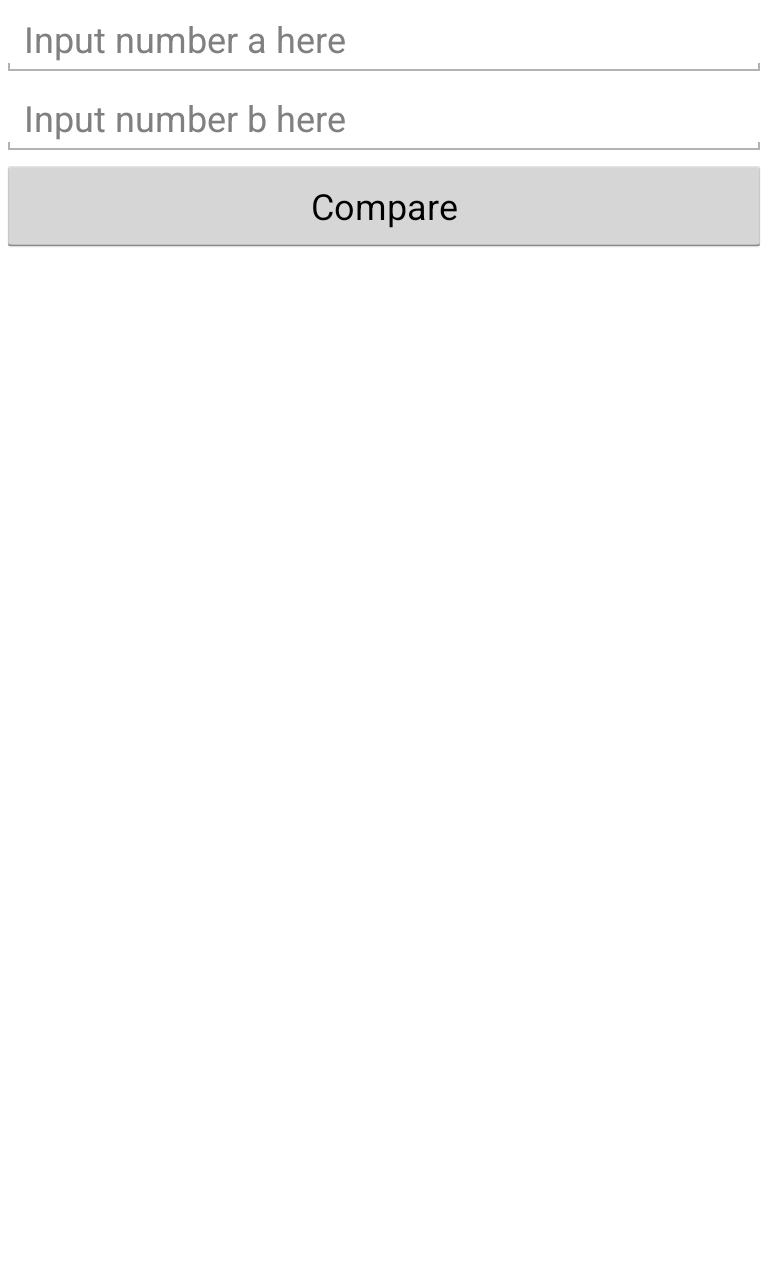
Repository: LightWay152/Lesson2_If_Switch
Layout: Min2Number/res/layout/activity_main.xml
These files come from the project's save history. The layout is drawn as it stood at one moment and after the next save; the edit follows.
It is drawn on a 768 x 1280 px phone screen (xhdpi) without system bars, with theme AppTheme; the app's code is not run.

Above is the layout before, as saved 2017-01-01 13:34:14.

### Min2Number/res/layout/activity_main.xml
<LinearLayout xmlns:android="http://schemas.android.com/apk/res/android"
    xmlns:tools="http://schemas.android.com/tools"
    android:layout_width="match_parent"
    android:layout_height="match_parent"
    android:orientation="vertical"
    tools:context="${relativePackage}.${activityClass}" >

    <EditText
        android:id="@+id/edtNumberA"
        android:layout_width="match_parent"
        android:layout_height="wrap_content"
        android:hint="@string/input_number_a"/>
    <EditText
        android:id="@+id/edtNumberB"
        android:layout_width="match_parent"
        android:layout_height="wrap_content"
        android:hint="@string/input_number_b"/>
    <Button
        android:id="@+id/btnCompare"
        android:layout_width="match_parent"
        android:layout_height="wrap_content"
        android:text="@string/compare"/>
    <TextView
        android:id="@+id/txtResult"
        android:layout_width="match_parent"
        android:layout_height="wrap_content"
        android:text=""/>
</LinearLayout>

### Min2Number/res/values/strings.xml
<?xml version="1.0" encoding="utf-8"?>
<resources>

    <string name="app_name">Min 2 Number</string>
    <string name="hello_world">Hello world!</string>
    <string name="input_number_a">Input number a here</string>
    <string name="input_number_b">Input number b here</string>
    <string name="compare">Compare</string>

</resources>

Loaded but not shown: Min2Number/res/values/styles.xml (common file); Min2Number/res/values-v11/styles.xml (common file); Min2Number/res/values-v14/styles.xml (common file)

After the next save:
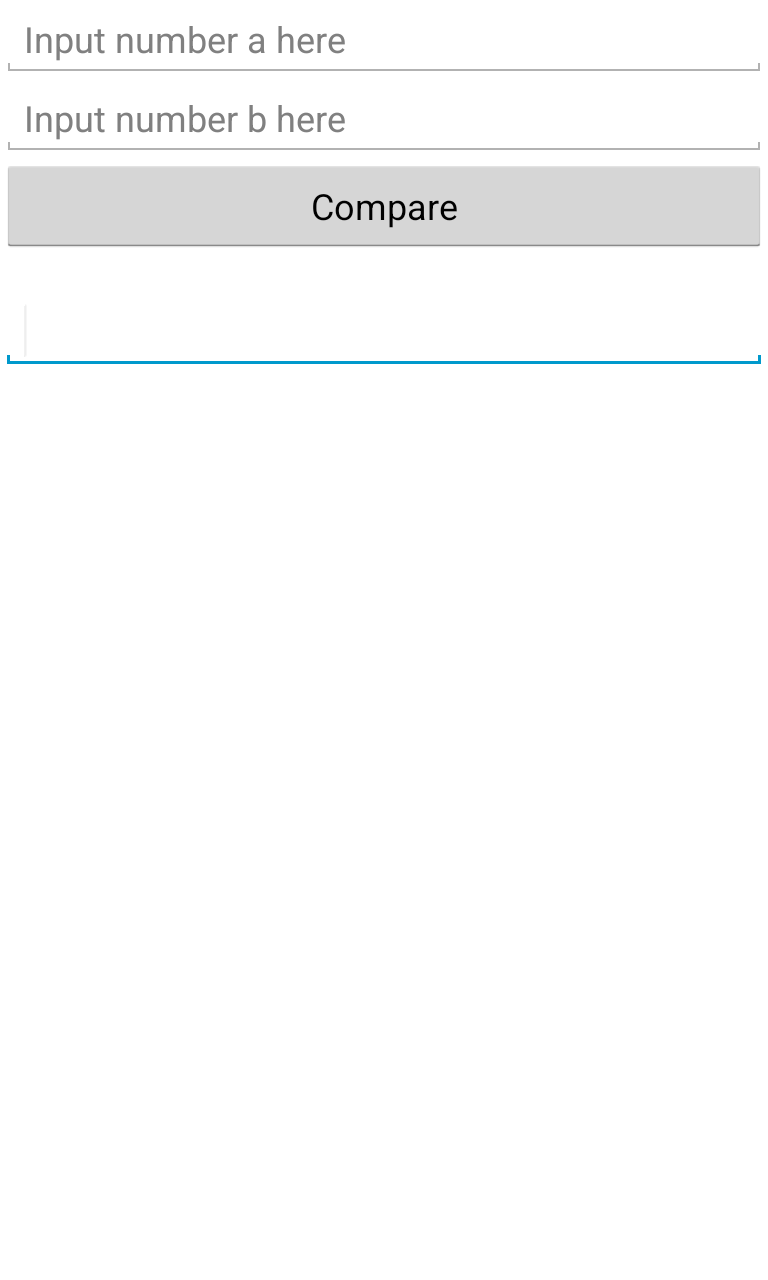
Saved 2 min 47 s later.
--- a/Min2Number/res/layout/activity_main.xml
+++ b/Min2Number/res/layout/activity_main.xml
@@ -9,12 +9,18 @@
         android:id="@+id/edtNumberA"
         android:layout_width="match_parent"
         android:layout_height="wrap_content"
-        android:hint="@string/input_number_a"/>
+        android:hint="@string/input_number_a"
+        android:ems="10"
+        android:inputType="number" ><requestFocus/>
+    </EditText>
     <EditText
         android:id="@+id/edtNumberB"
         android:layout_width="match_parent"
         android:layout_height="wrap_content"
-        android:hint="@string/input_number_b"/>
+        android:hint="@string/input_number_b"
+        android:ems="10"
+        android:inputType="number" ><requestFocus/>
+    </EditText>
     <Button
         android:id="@+id/btnCompare"
         android:layout_width="match_parent"
@@ -25,4 +31,15 @@
         android:layout_width="match_parent"
         android:layout_height="wrap_content"
         android:text=""/>
+
+    <EditText
+        android:id="@+id/editText1"
+        android:layout_width="match_parent"
+        android:layout_height="wrap_content"
+        android:ems="10"
+        android:inputType="number" >
+
+        <requestFocus />
+    </EditText>
+
 </LinearLayout>
